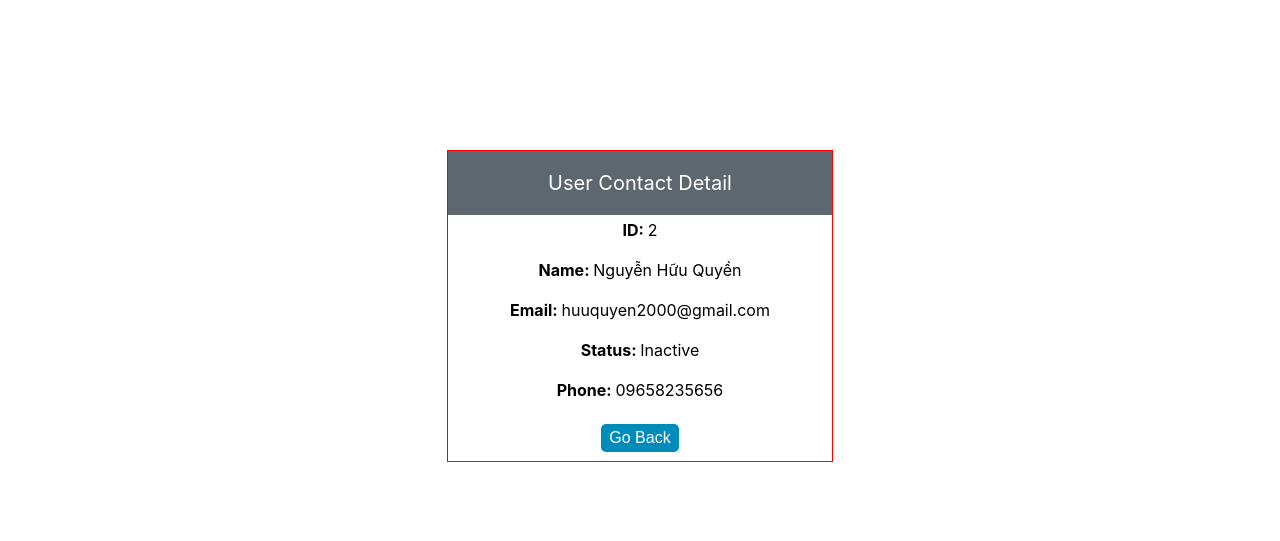
Repository: fdhhhdjd/Redux-Toolkit-CURD-Firebase
Page: /view/2
These files come from the project's save history. The page is drawn as it stood at one moment and after the next save; the edit follows.
The browser window is 1280 px wide. The pictures show the whole page.
The project was rebuilt for these pictures with package versions that can differ from the ones it lists, and the page was loaded fresh each time. Also part of the build but not shown: src/Component/Home.js, src/Styles/AddEdit.css, src/Component/AddEdit.js.

Above is the page before, as saved 2021-10-24 21:43:16.

### src/index.js
import React from "react";
import ReactDOM from "react-dom";
import "./index.css";
import App from "./App";
import store from "./Redux/Store";
import { Provider } from "react-redux";
import * as serviceWorker from "./serviceWorker";

ReactDOM.render(
  <React.StrictMode>
    <Provider store={store}>
      <App />
    </Provider>
  </React.StrictMode>,
  document.getElementById("root")
);

// If you want your app to work offline and load faster, you can change
// unregister() to register() below. Note this comes with some pitfalls.
// Learn more about service workers: https://bit.ly/CRA-PWA
serviceWorker.unregister();

### src/App.js
import React from "react";
import "./App.css";
import { BrowserRouter, Switch, Route } from "react-router-dom";
import { ToastContainer } from "react-toastify";
import "react-toastify/dist/ReactToastify.css";
import { Home, View, AddEdit } from "./import/Index";
function App() {
  return (
    <>
      <BrowserRouter>
        <div className="App">
          <ToastContainer position="top-center" />
          <Switch>
            <Route exact path="/" component={Home} />
            <Route path="/add" component={AddEdit} />
            <Route path="/update/:id" component={AddEdit} />
            <Route path="/view/:id" component={View} />
          </Switch>
        </div>
      </BrowserRouter>
    </>
  );
}

export default App;

### src/Redux/Store.js
import { configureStore, createStore } from "@reduxjs/toolkit";
import logger from "redux-logger";
import thunk from "redux-thunk";
import { composeWithDevTools } from "redux-devtools-extension";
import ContactReducer from "./ContactSlice";
const middleware = [thunk];
if (process.env.NODE_ENV === "development") {
  middleware.push(logger);
}
const store = configureStore({
  reducer: {
    todos: ContactReducer,
    middleware: [logger],
  },
});

export default store;

### src/import/Index.js
export { default as Home } from "../Component/Home";
export { default as AddEdit } from "../Component/AddEdit";
export { default as View } from "../Component/View";

### src/Redux/ContactSlice.js
import { createSlice, createAsyncThunk } from "@reduxjs/toolkit";
import { v4 as uuidv4 } from "uuid";
import { nanoid } from "nanoid";
const initialState = {
  contacts: [
    {
      id: 1,
      name: "Nguyễn Tiến Tài",
      email: "nguyentientai10@gmai.com",
      phone: "0798805741",
      status: "Active",
    },
    {
      id: 2,
      name: "Nguyễn Hữu Quyền",
      email: "huuquyen2000@gmail.com",
      phone: "09658235656",
      status: "Inactive",
    },
    {
      id: 3,
      name: "Nguyễn Bảo Khang",
      email: "jbaokhangdesigner@gmail.com",
      phone: "0353263452",
      status: "Active",
    },
    {
      id: 4,
      name: "Bùi Huỳnh Quốc Trung	",
      email: "quoctrung@gmail.com",
      phone: "0348561815",
      status: "Inactive",
    },
    {
      id: 5,
      name: "Trần Phi Hoàng",
      email: "phihoang1@gmail.com",
      phone: "0936095986",
      status: "Active",
    },
  ],
  contact: {
    name: "",
    email: "",
    phone: "",
    status: "",
  },
};
const TodoSlice = createSlice({
  name: "todos",
  initialState,
  reducers: {
    getContact: (state, action) => {
      state.contact = state.contacts.find((item) => item.id == action.payload);
    },
    addContact: (state, action) => {
      const newData = { ...action.payload, id: uuidv4() };
      state.contacts = [...state.contacts, newData];
    },
    deleteContact: (state, action) => {
      state.contacts = state.contacts.filter(
        (item) => item.id !== action.payload
      );
    },
    updateContact: (state, action) => {
      state.contacts = state.contacts.map((item) =>
        item.id === action.payload.id ? action.payload : item
      );
    },
  },
});
const ContactReducer = TodoSlice.reducer;
export const { addContact, deleteContact, getContact, updateContact } =
  TodoSlice.actions;
export const GetTodo = (state) => state.todos;
export default ContactReducer;

### src/Component/View.js
import React, { useEffect, useState } from "react";
import { useParams } from "react-router";
import "../Styles/View.css";
import { Link } from "react-router-dom";
import { getContact, GetTodo } from "../Redux/ContactSlice";
import { useDispatch, useSelector } from "react-redux";

const View = () => {
  const [user, setUser] = useState({});
  const { contact } = useSelector(GetTodo);
  const { id } = useParams();
  const dispatch = useDispatch();
  useEffect(() => {
    dispatch(getContact(id));
    setUser({ ...contact });
  }, [id, contact]);

  return (
    <>
      <div style={{ marginTop: "150px" }}>
        <div className="card">
          <div className="card-header">
            <p>User Contact Detail</p>
          </div>
          <div className="container">
            <strong>ID: </strong>
            <span>{id}</span>
            <br />
            <br />
            <strong>Name: </strong>
            <span>{user.name}</span>
            <br />
            <br />
            <strong>Email: </strong>
            <span>{user.email}</span>
            <br />
            <br />
            <strong>Status: </strong>
            <span>{user.status}</span>
            <br />
            <br />
            <strong>Phone: </strong>
            <span>{user.phone}</span>
            <br />
            <br />
            <Link to="/">
              <button className="btn btn-edit">Go Back</button>
            </Link>
          </div>
        </div>
      </div>
    </>
  );
};

export default View;

### src/Styles/Home.css
.styled-table {
    border-collapse: collapse;
    margin: auto;
    font-size: 0.9em;
    font-family: sans-serif;
    max-width: 1000px;
    box-shadow: 0 0 20px rgba(0, 0, 0, 0.15);
  }

  .styled-table thead tr {
    background-color: #009879;
    color: #ffffff;
    text-align: left;
  }

  .styled-table th,
  .styled-table td {
    padding: 12px 15px;
  }

  .styled-table tbody tr {
    border-bottom: 1px solid #dddddd;
  }

  .styled-table tbody tr:nth-of-type(even) {
    background-color: #f3f3f3;
  }

  .styled-table tbody tr:last-of-type {
    border-bottom: 2px solid #009879;
  }

  .btn {
    border: none;
    color: white;
    padding: 5px 8px;
    text-align: center;
    text-decoration: none;
    display: inline-block;
    border-radius: 5px;
    font-size: 16px;
    margin: 4px 2px;
    cursor: pointer;
  }

  .btn-edit {
    background-color: #008cba;
  }

  .btn-delete {
    background-color: #f44336;
  }

  .btn-view {
    background-color: #e7e7e7;
    color: black;
  }

  .btn-contact {
    background-color: #e82764;
    margin-bottom: 10px;
  }


  .btn-active {
    background-color: #808c4a;
    color: #fff;
  }

  .btn-inactive {
    background-color: #445f61;
    color: #fff;
  }

  .btn-reset {
    background-color: darkolivegreen;
    color: #fff;
  }

### src/Styles/View.css
.card {
    width: 30%;
    display: flex;
    flex-direction: column;
    border: 1px red solid;
    align-content: center;
    margin: 0 auto;
  }

  .card-header {
    height: 30%;
    background: #5d6770;
    color: white;
    text-align: center;

  }

  .card-header p {
    font-size: 20px;
  }
  .container {

    padding: 5px 16px;
  }

Loaded but not shown: public/index.html (common file); src/index.css (common file); src/serviceWorker.js (common file); src/App.css (common file)

After the next save:
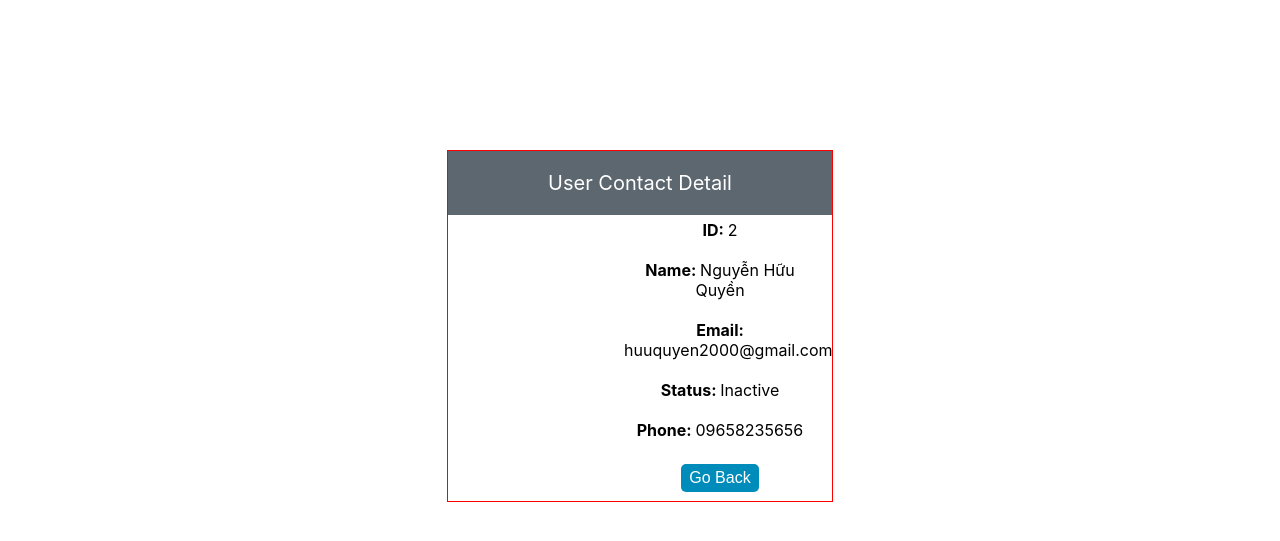
Saved 15 s later.
--- a/src/Styles/View.css
+++ b/src/Styles/View.css
@@ -19,6 +19,6 @@
     font-size: 20px;
   }
   .container {
-
+    margin-left: 10rem;
     padding: 5px 16px;
   }
